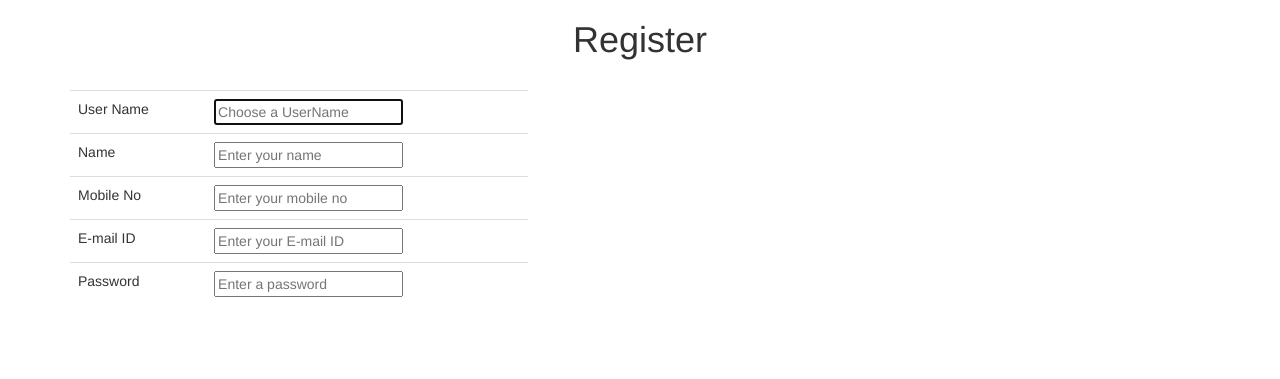
Repository: Kaustubh-Kallianpur/Practise-Programs
Page: http://localhost/pureJDBC/register.jsp
The author's editor kept a copy of each file at every save. The page is drawn from the files as they stood at one save, then again after the next save.
The browser window is 1280 px wide. The pictures show the whole page.
The page is served by Tomcat 9. Other server files are loaded and not shown.

Above is the page before, as saved 2017-04-05 07:56:04.

### pureJDBC/WebContent/register.jsp
<%@ page language="java" contentType="text/html; charset=ISO-8859-1"
    pageEncoding="ISO-8859-1"%>
<!DOCTYPE html>
<html>
<head>
<meta http-equiv="Content-Type" content="text/html; charset=ISO-8859-1">
<title>Register Here</title>
<script src="resources/js/jquery-3.2.0.min.js"></script>
<script src="resources/js/bootstrap.min.js"></script>
<link rel="stylesheet" type="text/css" href="resources/css/bootstrap.min.css">
</head>
<body>
	<div class="container">
		<h1 style="text-align: center;"> Register </h1>
		<br>
			<div class="row">
			<div class="col-md-5">
			<form action="">
				<table class="table">
					<tr>
						<td>User Name</td>
						<td><input type="text" autofocus="autofocus" placeholder="Choose a UserName" maxlength="100"></td>
					</tr>
					<tr>
						<td>Name</td>
						<td><input type="text" placeholder="Enter your name" maxlength="200"></td>
					</tr>
					<tr>
						<td>Mobile No</td>
						<td><input type="text" placeholder="Enter your mobile no" maxlength="200"></td>
					</tr>
					<tr>
						<td>E-mail ID</td>
						<td><input type="text" placeholder="Enter your E-mail ID" maxlength="250"></td>
					</tr>
					<tr>
						<td>Password</td>
						<td><input type="text" placeholder="Enter a password" maxlength="50"></td>
					</tr>
				</table>
			</form>
			</div>
			<div class="col-md-7"></div>
			</div>
	</div>
</body>
</html>

Loaded but not shown: pureJDBC/WebContent/resources/js/jquery-3.2.0.min.js (library); pureJDBC/WebContent/resources/js/bootstrap.min.js (library); pureJDBC/WebContent/resources/css/bootstrap.min.css (library)

After the next save:
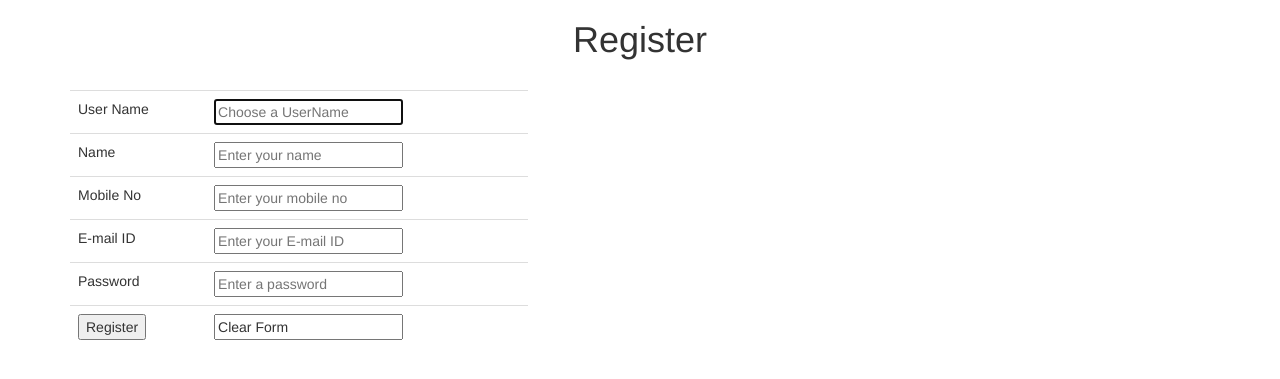
Saved 68 s later.
--- a/pureJDBC/WebContent/register.jsp
+++ b/pureJDBC/WebContent/register.jsp
@@ -35,8 +35,11 @@
 					</tr>
 					<tr>
 						<td>Password</td>
-						<td><input type="text" placeholder="Enter a password" maxlength="50"></td>
+						<td><input type="password" placeholder="Enter a password" maxlength="50"></td>
 					</tr>
+					<tr>
+						<td><input type="submit" value="Register"></td>
+						<td><input type="clear" value="Clear Form"></td>
 				</table>
 			</form>
 			</div>
